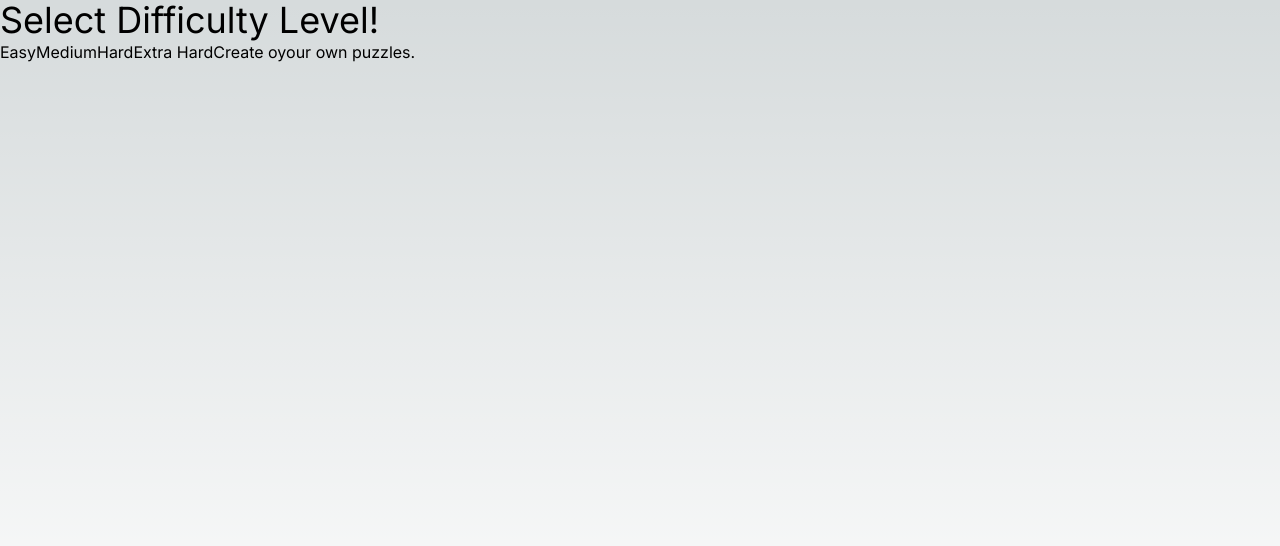
Repository: badhon252/sudoku
Page: /level
An editor plug-in stored every save of this project. The page is shown before and after the next save, followed by the edit.
The browser window is 1280 px wide. The pictures show the whole page.
The project was rebuilt for these pictures with package versions that can differ from the ones it lists, and the page was loaded fresh each time. The framework's server and built-in components were replaced by stand-ins that run in the browser. Also part of the build but not shown: next.config.js.

Above is the page before, as saved 2023-06-04 21:47:47.

### app/level/page.tsx
import React from 'react'

export default function Level() {
  return (
    <div className='min-h-screen'>
        <h1 className='text-4xl'>Select Difficulty Level! </h1>
        <button>Easy</button>
        <button>Medium</button>
        <button>Hard</button>
        <button>Extra Hard</button>

        <button>Create oyour own puzzles.</button>
    </div>
  )
}

Loaded but not shown: app/layout.tsx (common file); app/globals.css (common file); tailwind.config.js (common file)

After the next save:
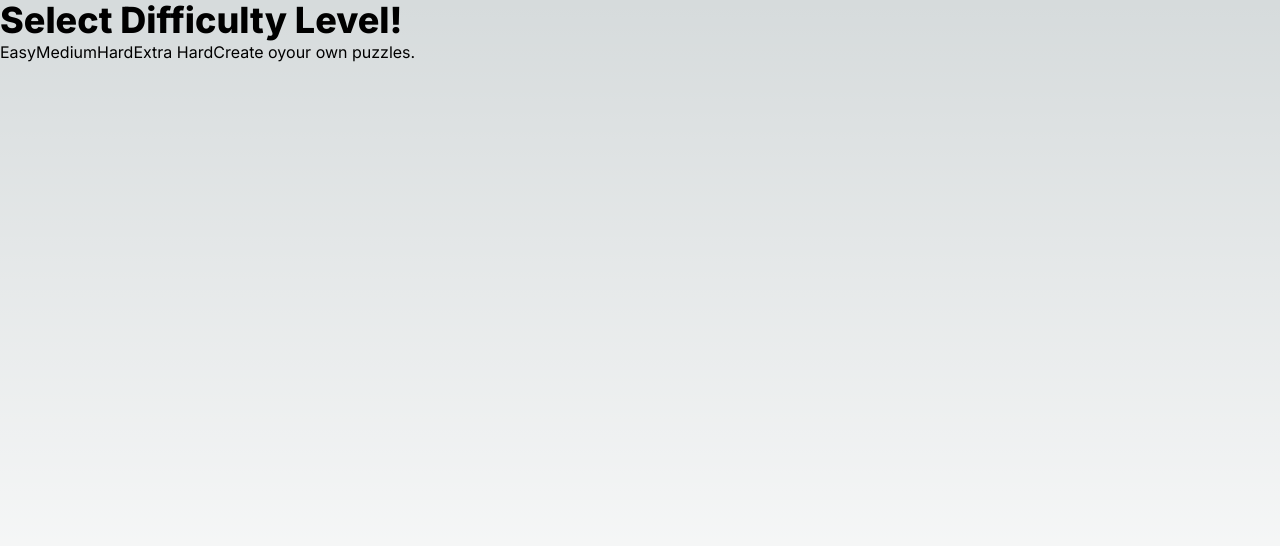
Saved 6 s later.
--- a/app/level/page.tsx
+++ b/app/level/page.tsx
@@ -3,7 +3,7 @@ import React from 'react'
 export default function Level() {
   return (
     <div className='min-h-screen'>
-        <h1 className='text-4xl'>Select Difficulty Level! </h1>
+        <h1 className='text-4xl font-extrabold'>Select Difficulty Level! </h1>
         <button>Easy</button>
         <button>Medium</button>
         <button>Hard</button>
